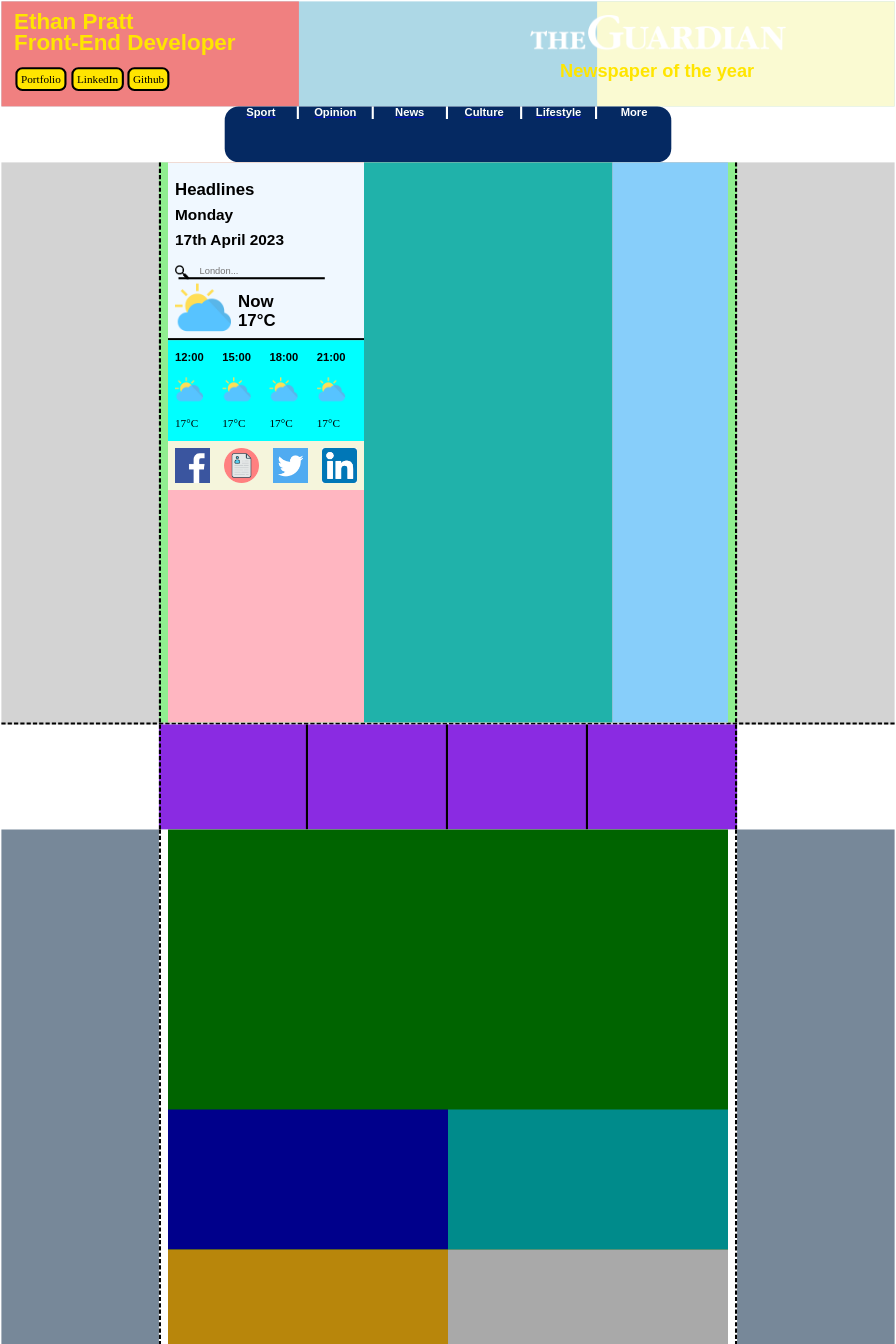
Repository: ghend99/News-Media
Page: index.html
These files come from the project's save history. The page is drawn as it stood at one moment and after the next save; the edit follows.
The browser window is 1280 px wide. The pictures show the part of the page from y = 0 to 1920 px (the page is 4065 px tall), at 70% of full size.
Some web fonts or font styles are not loaded; a fallback is used.

Above is the page before, as saved 2023-05-07 15:56:33.

After the next save:
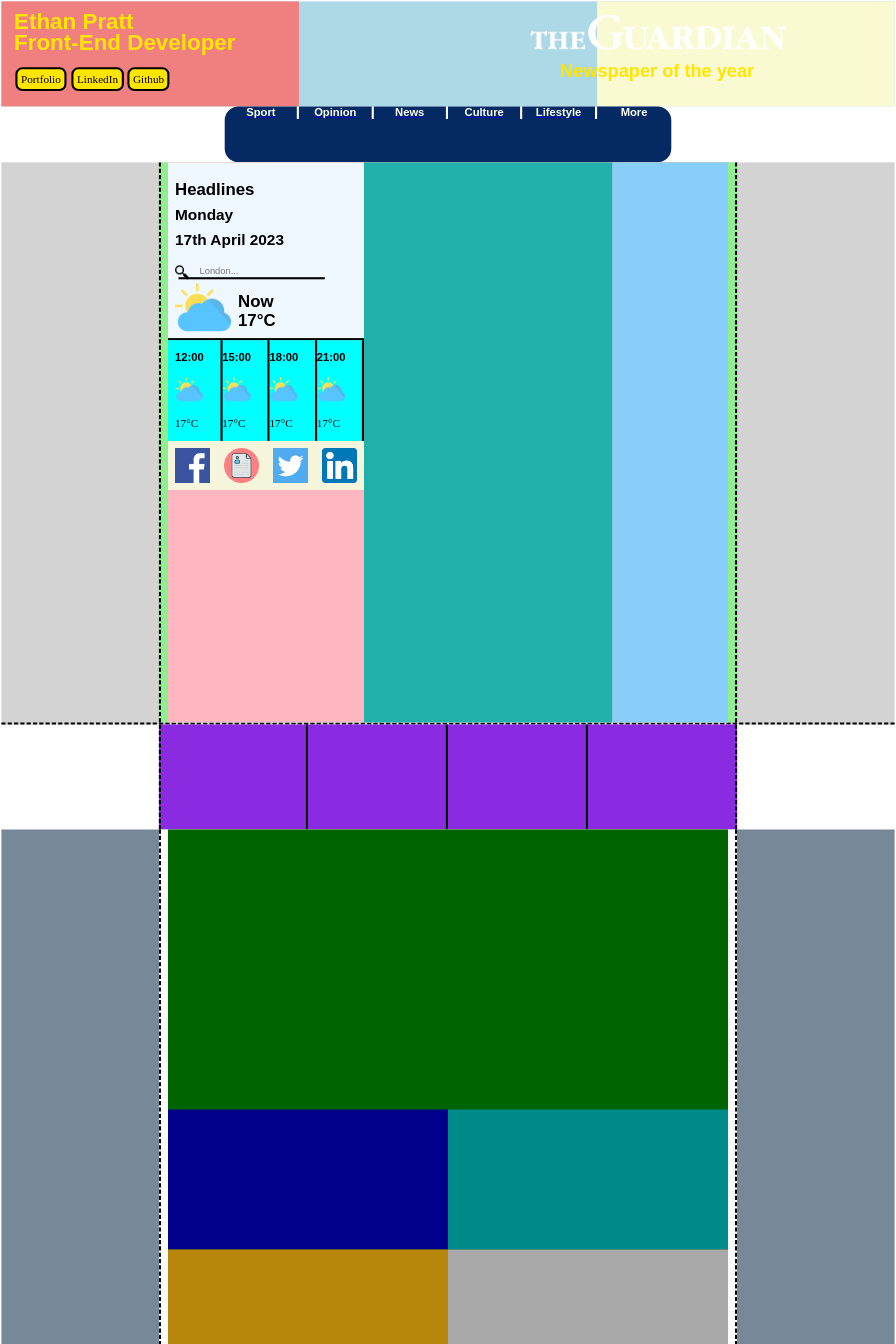
Saved 23 s later.
--- a/style.css
+++ b/style.css
@@ -232,6 +232,10 @@
   grid-template-rows: 1fr;
 }
 
+#weather-middle-section-time {
+  border-right: solid;
+}
+
 .weather-soiclas-link-icon {
   width: 50px;
   padding: 10px;
